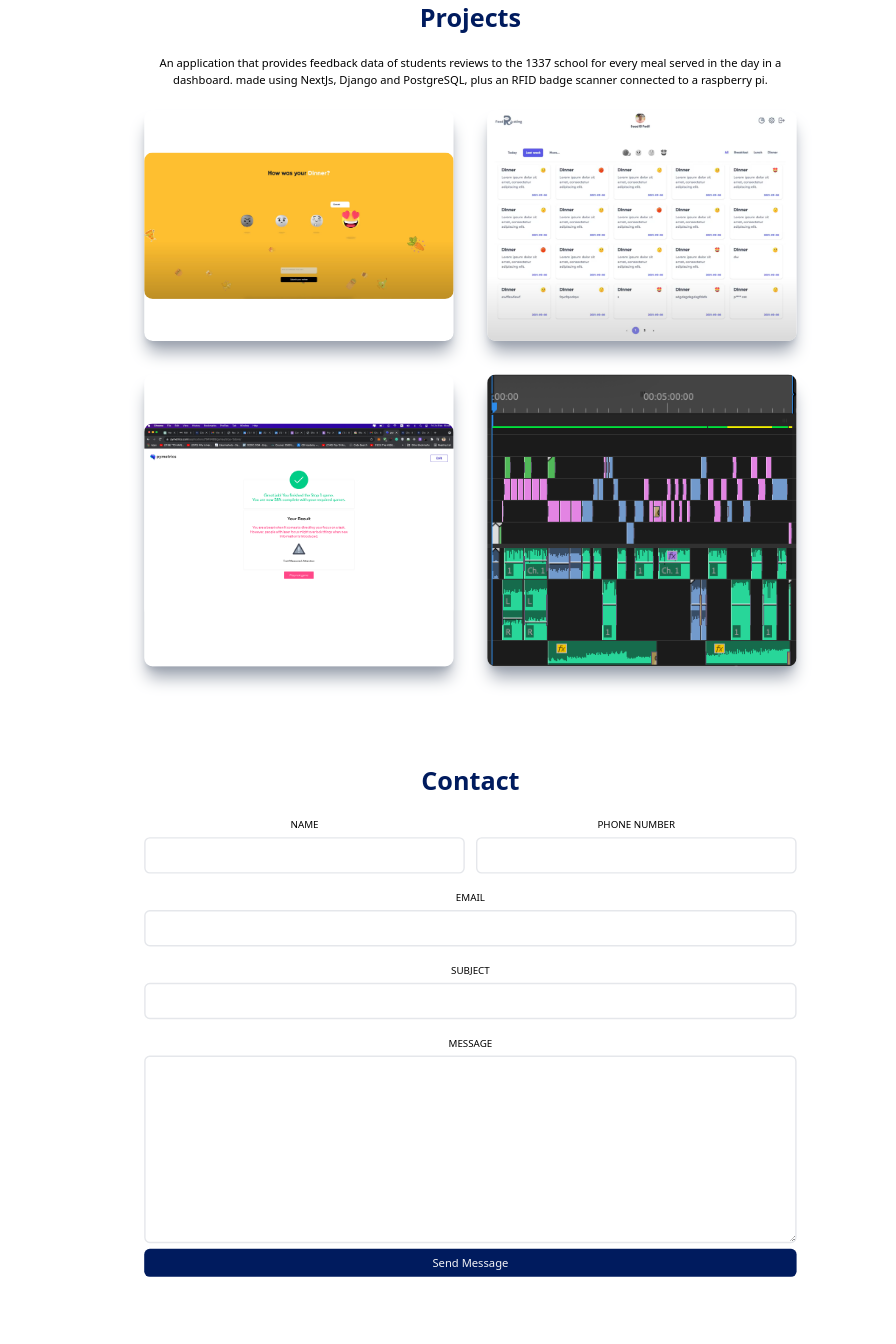
Repository: Saadelfadil/saadelfadil.github.io
Page: /
These files come from the project's save history. The page is drawn as it stood at one moment and after a run of saves; the edit follows.
The browser window is 1280 px wide. The pictures show the part of the page from y = 810 to 2730 px (the page is 2730 px tall), at 70% of full size.
The project was rebuilt for these pictures with package versions that can differ from the ones it lists, and the page was loaded fresh each time. Also part of the build but not shown: vite.config.js.

Above is the page before, as saved 2023-02-26 19:01:30.

### src/App.jsx
import './App.css'
import Sidenave from './components/Sidenave'
import Main from './components/Main'
import Projects from './components/Projects'
import Contact from './components/Contact'

function App() {

  return (
    <div>
      <Sidenave />
      <Main />
      <Projects />
      <Contact />
    </div>
  )
}

export default App

### src/components/Sidenave.jsx
import React, { useState } from "react";
import { AiOutlineHome, AiOutlineMail, AiOutlineMenu, AiOutlineProject } from "react-icons/ai"
import { GrProjects } from "react-icons/gr"
import { BsPerson } from "react-icons/bs"

const Sidenave = () => {
    const [nav, setNav] = useState(false)

    const handleNav = () => {
        setNav((prev) => prev = !nav);
    };

  return (
    <div>
        <AiOutlineMenu onClick={handleNav} className="absolute top-4 right-4 z-[100] md:hidden"/>
        {
            nav ? (
                <div className="fixed w-full h-screen bg-white/90 flex flex-col justify-center items-center z-20">
                    <a href="#main" className="w-[75%] flex justify-center rounded-full shadow-lg bg-gray-100 shadow-gray-400 m-2 p-4 cursor-pointer hover:scale-110 ease-in duration-200">
                        <AiOutlineHome size={20}/>
                        <span className="pl-4">Home</span>
                    </a>
                    <a href="#work" className="w-[75%] flex justify-center rounded-full shadow-lg bg-gray-100 shadow-gray-400 m-2 p-4 cursor-pointer hover:scale-110 ease-in duration-200">
                        <GrProjects size={20}/>
                        <span className="pl-4">Work</span>
                    </a>
                    <a href="#projects" className="w-[75%] flex justify-center rounded-full shadow-lg bg-gray-100 shadow-gray-400 m-2 p-4 cursor-pointer hover:scale-110 ease-in duration-200">
                        <AiOutlineProject size={20}/>
                        <span className="pl-4">Projects</span>
                    </a>
                    <a href="#main" className="w-[75%] flex justify-center rounded-full shadow-lg bg-gray-100 shadow-gray-400 m-2 p-4 cursor-pointer hover:scale-110 ease-in duration-200">
                        <BsPerson size={20}/>
                        <span className="pl-4">Resume</span>
                    </a>
                    <a href="#contact" className="w-[75%] flex justify-center rounded-full shadow-lg bg-gray-100 shadow-gray-400 m-2 p-4 cursor-pointer hover:scale-110 ease-in duration-200">
                        <AiOutlineMail size={20}/>
                        <span className="pl-4">Contact</span>
                    </a>
                </div>
            ) : ""
        }

        <div className="md:block hidden fixed top-[25%] z-10">
            <div className="flex flex-col">
                <a href="#main" className="rounded-full shadow-lg bg-gray-100 shadow-gray-400 m-2 p-4 cursor-pointer hover:scale-110 ease-in duration-300 ">
                    <AiOutlineHome />
                </a>
                <a href="#work" className="rounded-full shadow-lg bg-gray-100 shadow-gray-400 m-2 p-4 cursor-pointer hover:scale-110 ease-in duration-300 ">
                    <GrProjects />
                </a>
                <a href="#projects" className="rounded-full shadow-lg bg-gray-100 shadow-gray-400 m-2 p-4 cursor-pointer hover:scale-110 ease-in duration-300 ">
                    <AiOutlineProject />
                </a>
                <a href="#main" className="rounded-full shadow-lg bg-gray-100 shadow-gray-400 m-2 p-4 cursor-pointer hover:scale-110 ease-in duration-300 ">
                    <BsPerson />
                </a>
                <a href="#contact" className="rounded-full shadow-lg bg-gray-100 shadow-gray-400 m-2 p-4 cursor-pointer hover:scale-110 ease-in duration-300 ">
                    <AiOutlineMail />
                </a>
            </div>
        </div>
    </div>
  )
};

export default Sidenave;

### src/components/Main.jsx
import React from "react";
import { TypeAnimation } from "react-type-animation"
import { FaGithub, FaInstagram, FaLinkedin } from "react-icons/fa"

const Main = () => {
  return (
    <div id="main">
        <img className="w-full h-screen object-cover object-right " src="/src/assets/saadelfadil.jpg" alt="saadelfadil" />
        <div className="w-full h-screen absolute top-0 left-0 bg-white/50 ">
            <div className="max-w-[700px] m-auto h-full w-full flex flex-col justify-center lg:items-start items-center ">
                <h1 className="sm:text-5xl text-4xl font-bold text-gray-800">I'm Saad El fadil</h1>
                <h2 className="flex sm:text-3xl text-2xl pt-4 text-gray-800">I'm a
                    <TypeAnimation
                        sequence={[
                            'Software Engineer', // Types 'One'
                            1000, // Waits 1s
                            'Videomaker', // Deletes 'One' and types 'Two'
                            2000, // Waits 2s
                        ]}
                        wrapper="div"
                        cursor={true}
                        repeat={Infinity}
                        style={{ fontSize: '1em', paddingLeft: "5px" }}
                    />
                </h2>
                <div className="flex justify-between pt-6 max-w-[150px] w-full">
                        <FaInstagram size={20} className="cursor-pointer"/>
                        <FaLinkedin size={20} className="cursor-pointer"/>
                        <FaGithub size={20} className="cursor-pointer"/>
                </div>
            </div>
        </div>
    </div>
  )
};

export default Main;

### src/components/Projects.jsx
import React from "react";
import ProjectItem from "./ProjectItem";
import img from "../assets/1337_foodback.png";
import img2 from "../assets/1337_foodback_2.png";
import img3 from "../assets/1337_foodback_3.png";
import img4 from "../assets/1337_foodback_4.png";


const Projects = () => {
  return (
    <div id="projects" className="max-w-[1028px] m-auto md:pl-20 p-4 py-16">
        <h1 className="text-4xl font-bold text-center text-[#001b5e] ">Projects</h1>
        <p className="text-center py-8">
            An application that provides feedback data of students reviews to the 1337 school for every meal served in the day in a dashboard. made using NextJs, Django and PostgreSQL, plus an RFID badge scanner connected to a raspberry pi.
        </p>
        <div className="grid sm:grid-cols-2 gap-12">
            <ProjectItem img={img} title="1337 FoodBack"/>
            <ProjectItem img={img2} title="App 2"/>
            <ProjectItem img={img3} title="App 3"/>
            <ProjectItem img={img4} title="App 4"/>
        </div>
    </div>
  )
};

export default Projects;

### src/components/Contact.jsx
import React from "react";

const Contact = () => {
  return (
    <div id="contact" className="max-w-[1028px] m-auto md:pl-20 p-4 py-16">
        <h1 className="py-4 text-4xl font-bold text-center text-[#001b5e]">
            Contact
        </h1>
        <form action="" method="POST" encType="multipart/form-data" >
            <div className="grid md:grid-cols-2 gap-4 w-full py-2">
                <div className="flex flex-col">
                    <label className="uppercase text-sm py-2" htmlFor="">Name</label>
                    <input className="border-2 rounded-lg p-3 flex border-gray-200 " type="text" name="name" />
                </div>
                <div className="flex flex-col">
                    <label className="uppercase text-sm py-2" htmlFor="">Phone Number</label>
                    <input className="border-2 rounded-lg p-3 flex border-gray-200 " type="text" name="phone" />
                </div>
            </div>
            <div className="flex flex-col py-2">
                <label className="uppercase text-sm py-2" htmlFor="">Email</label>
                <input className="border-2 rounded-lg p-3 flex border-gray-200 " type="email" name="email"/>
            </div>
            <div className="flex flex-col py-2">
                <label className="uppercase text-sm py-2" htmlFor="">Subject</label>
                <input className="border-2 rounded-lg p-3 flex border-gray-200 " type="text" name="subject"/>
            </div>
            <div className="flex flex-col py-2">
                <label className="uppercase text-sm py-2" htmlFor="">Message</label>
                <textarea className="border-2 rounded-lg p-3 flex border-gray-200 " rows='10' name="message"></textarea>
            </div>
            <button className="bg-[#001b5e] w-full text-gray-100 py-2 rounded-lg" type="submit">
                Send Message
            </button>
        </form>
    </div>
  )
};

export default Contact;

### src/components/ProjectItem.jsx
import React from "react";

const ProjectItem = ({img, title}) => {
  return (
    <div className="relative flex items-center justify-center w-full h-auto shadow-xl shadow-gray-400 rounded-xl group hover:bg-gradient-to-r from-gray-200 to-[#001b5e]">
        <img src={img} alt="/" className="rounded-xl group-hover:opacity-10" />
        <div className="hidden group-hover:block absolute top-[50%] left-[50%] translate-x-[-50%] translate-y-[-50%] ">
            <h3 className="text-xl font-bold text-white  text-center">
                {title}
            </h3>
            <p className="pb-4 pt-2 text-white text-center">React Js</p>
            <a href="/">
                <p className="text-center p-2 rounded-lg bg-white text-gray-700 font-bold cursor-pointer text-sm">More Info</p>
            </a>
        </div>
    </div>
  )
};

export default ProjectItem;

Loaded but not shown: index.html (common file); src/main.jsx (common file); src/index.css (common file); src/App.css (common file); tailwind.config.cjs (common file)

After the next 2 saves:
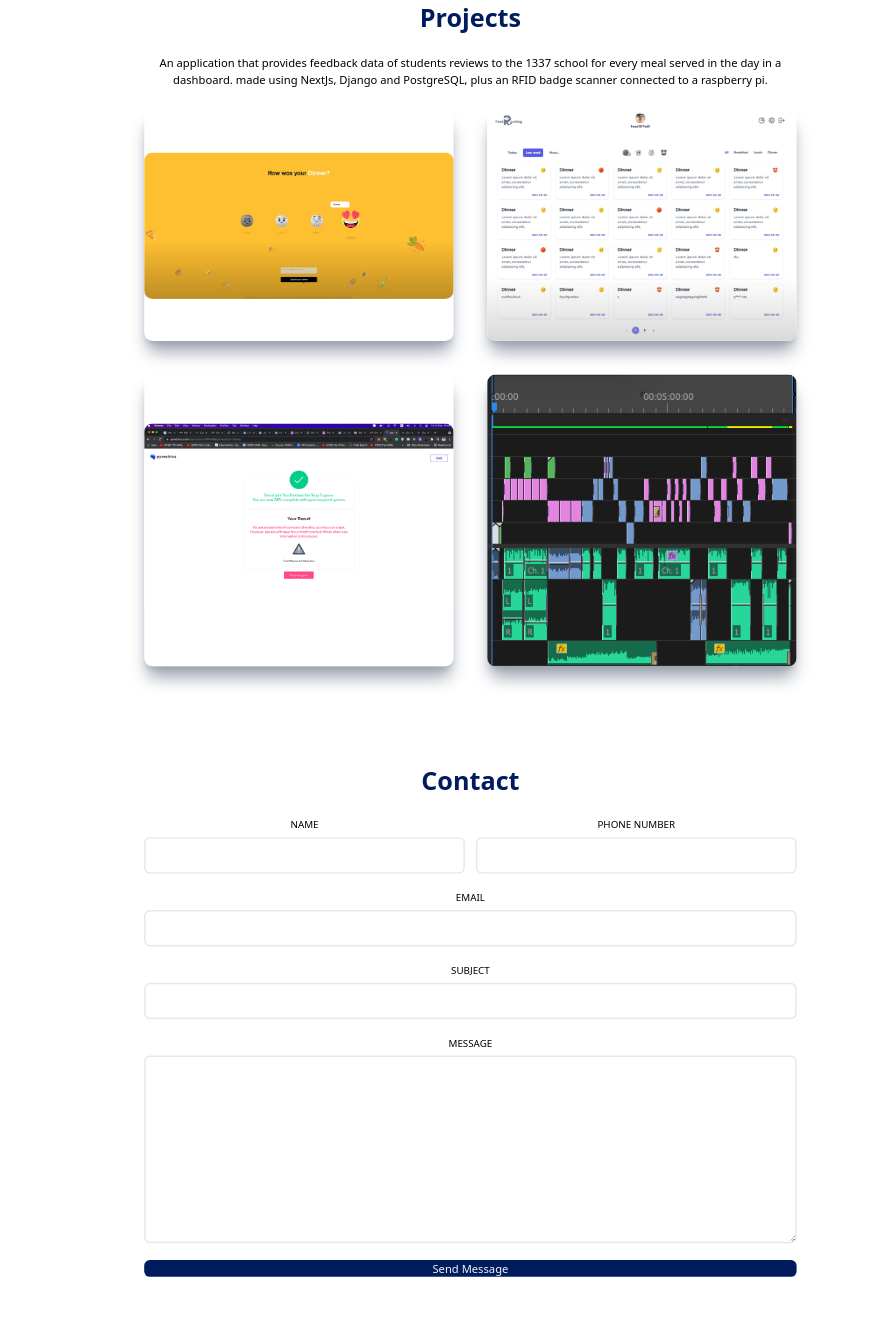
The 2 saves are shown as one change because they came seconds apart.
The last was saved 11 s later.
--- a/src/components/Contact.jsx
+++ b/src/components/Contact.jsx
@@ -29,7 +29,7 @@ const Contact = () => {
                 <label className="uppercase text-sm py-2" htmlFor="">Message</label>
                 <textarea className="border-2 rounded-lg p-3 flex border-gray-200 " rows='10' name="message"></textarea>
             </div>
-            <button className="bg-[#001b5e] w-full text-gray-100 py-2 rounded-lg" type="submit">
+            <button className="bg-[#001b5e] w-full text-gray-100 mt-4 rounded-lg" type="submit">
                 Send Message
             </button>
         </form>
